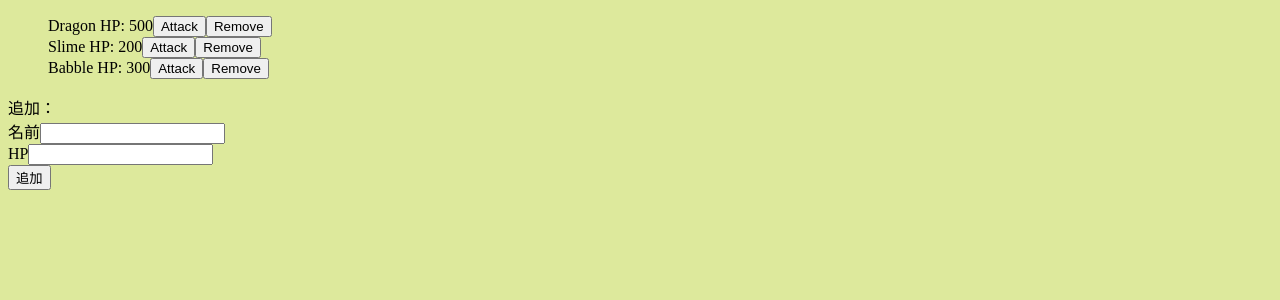
Repository: minoto9/vue_tutorial
Page: sampler/index.html
The author's editor kept a copy of each file at every save. The page is drawn from the files as they stood at one save, then again after the next save.
The browser window is 1280 px wide. The pictures show the whole page.

Above is the page before, as saved 2019-07-10 21:17:03.

### sampler/index.html
<!DOCTYPE html>
<html lang="ja">
<head>
    <meta charset="UTF-8">
    <meta name="viewport" content="width=device-width, initial-scale=1.0">
    <meta http-equiv="X-UA-Compatible" content="ie=edge">
    <link rel="stylesheet" href="style.css">
    <script src="https://cdn.jsdelivr.net/npm/vue@2.6.10/dist/vue.js"></script>
    <title>Document</title>
</head>
<body>
    <div id="app">
        <ul>
            <li v-for="item in list" v-bind:key="item.id">{{ item.name }}  HP: {{ item.hp }}<button v-on:click="attack">Attack</button><button v-on:click="doRemove(index)">Remove</button></li>
        </ul>
        <!-- <table>
            <tr v-for="item in list" v-bind:key="item.id">
                <td class="monsterName" v-bind:class="{warn: item.hp <= item.hp / 10}">{{ item.name }}</td>
                <td>HP : {{ item.hp }}</td>
                <td><button v-on:click="attack">Attack</button></td>
            </tr>
        </table> -->
        追加：<br>
        名前<input v-model="name"><br>
        HP<input v-model="hp"><br>
        <button v-on:click="doAdd">追加</button>
    </div>
    <script src="./main.js"></script>
</body>
</html>

### sampler/style.css
html {
    background-color: rgba(177, 204, 22, 0.425)
}

li {
    list-style: none;
}

.monsterName {
    background-color: black;
    color: white;
    font-weight: bold;
}

.warn {
    background-color: red;
}

### sampler/main.js
new Vue({
    el: '#app',
    data: {
        list: [
            {id: 1, name: "Dragon", hp: 500},
            {id: 2, name: "Slime", hp: 200},
            {id: 3, name: "Babble", hp: 300}
        ]
    },
    methods: {
        doAdd: function() {
            var max = this.list.reduce(function(a,b) {
                return a > b.id ? a : b.id
            }, 0)
            this.list.push({
                id: max + 1,
                name: this.name,
                hp: this.hp
            })
        },
        doRemove: function(index) {
            this.list.splice(index, 1)
        }
    }
})

After the next save:
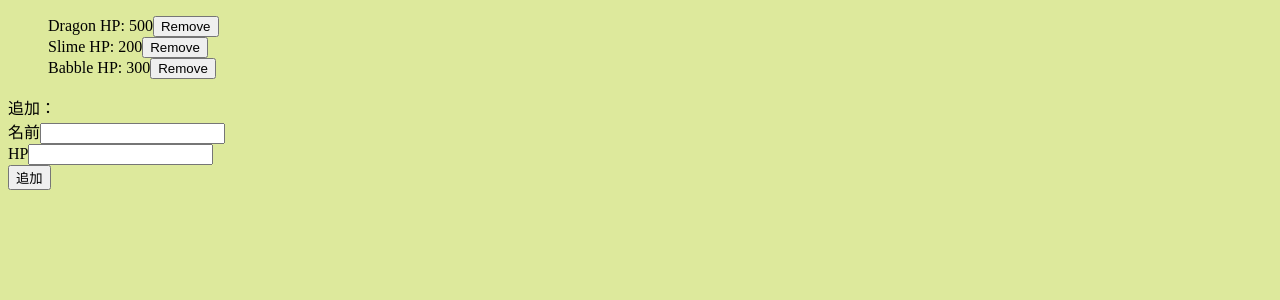
Saved 3 min 22 s later.
--- a/sampler/index.html
+++ b/sampler/index.html
@@ -11,7 +11,7 @@
 <body>
     <div id="app">
         <ul>
-            <li v-for="item in list" v-bind:key="item.id">{{ item.name }}  HP: {{ item.hp }}<button v-on:click="attack">Attack</button><button v-on:click="doRemove(index)">Remove</button></li>
+            <li v-for="item in list" v-bind:key="item.id">{{ item.name }}  HP: {{ item.hp }}<button v-on:click="doRemove(index)">Remove</button></li>
         </ul>
         <!-- <table>
             <tr v-for="item in list" v-bind:key="item.id">
